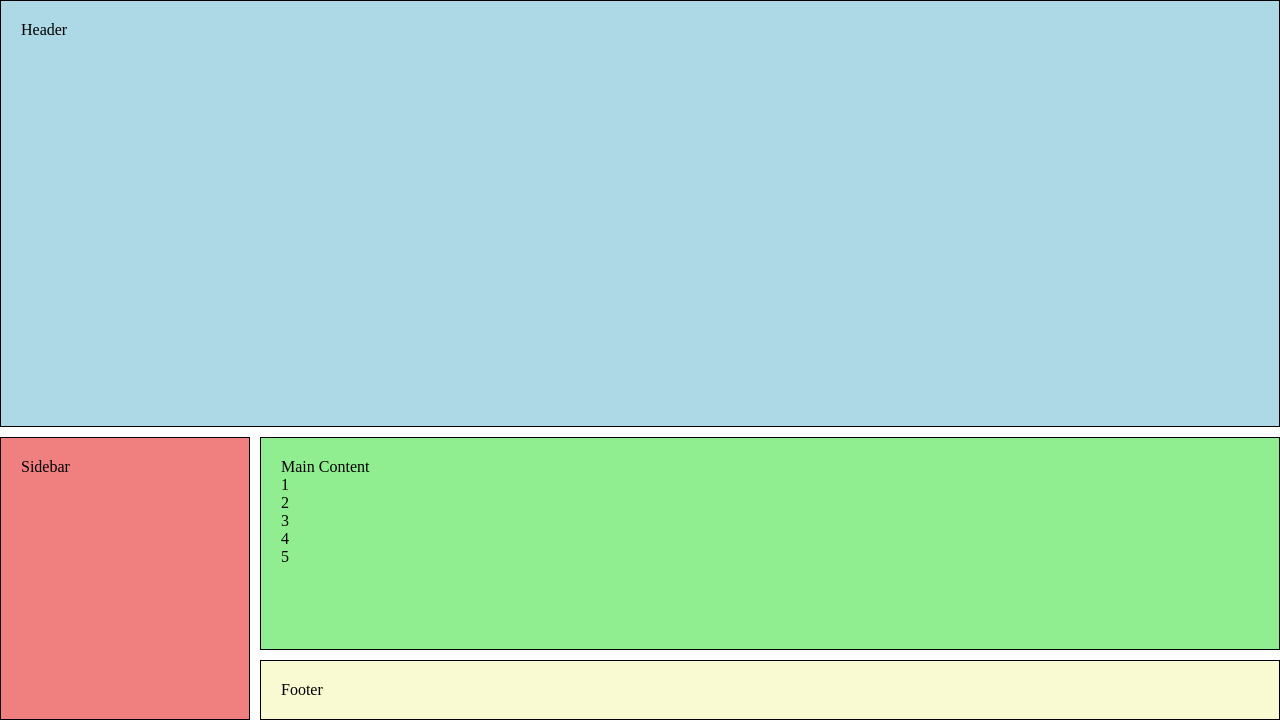
Repository: gustavotwist/desafio-grid
Page: assets/index.html
The author's editor kept a copy of each file at every save. The page is drawn from the files as they stood at one save, then again after the next save.
The browser window is 1280 px wide. The pictures show the whole page.

Above is the page before, as saved 2024-08-13 20:00:58.

### assets/index.html
<!DOCTYPE html>
<html lang="pt-BR">
<head>
    <meta charset="UTF-8">
    <meta name="viewport" content="width=device-width, initial-scale=1.0">
    <title>Desafio Grid</title>
    <link rel="stylesheet" href="css/style.css">
</head>
<body>
    <div class="container">
        <header>Header</header>
        <main class="content">Main Content
            <article>1</article>
            <article>2</article>
            <article>3</article>
            <article>4</article>
            <article>5</article>
        </main>
        <aside>Sidebar</aside>
        <footer>Footer</footer>
    </div>

</body>
</html>

### assets/css/style.css
html, body {
    height: 100%;
    margin: 0;
}

.container {
    display: grid;
    height: 100%;
    grid-template-columns: 250px 1fr 1fr 1fr;
    grid-template-rows: 2fr 1fr auto;
    grid-template-areas:
        "header header header header"
        "sidebar main main main"
        "sidebar footer footer footer";
    gap: 10px; /* Espaçamento entre os itens */
}

header {
    grid-area: header;
    background-color: lightblue;
}
aside {
    grid-area: sidebar;
    background-color: lightcoral;
}
main {
    grid-area: main;
    background-color: lightgreen;

}
footer {
    grid-area: footer;
    background-color: lightgoldenrodyellow;
}

/* Estilizações adicionais para melhor visualização */
header, aside, main, footer {
    padding: 20px;
    border: 1px solid #000;
}

After the next save:
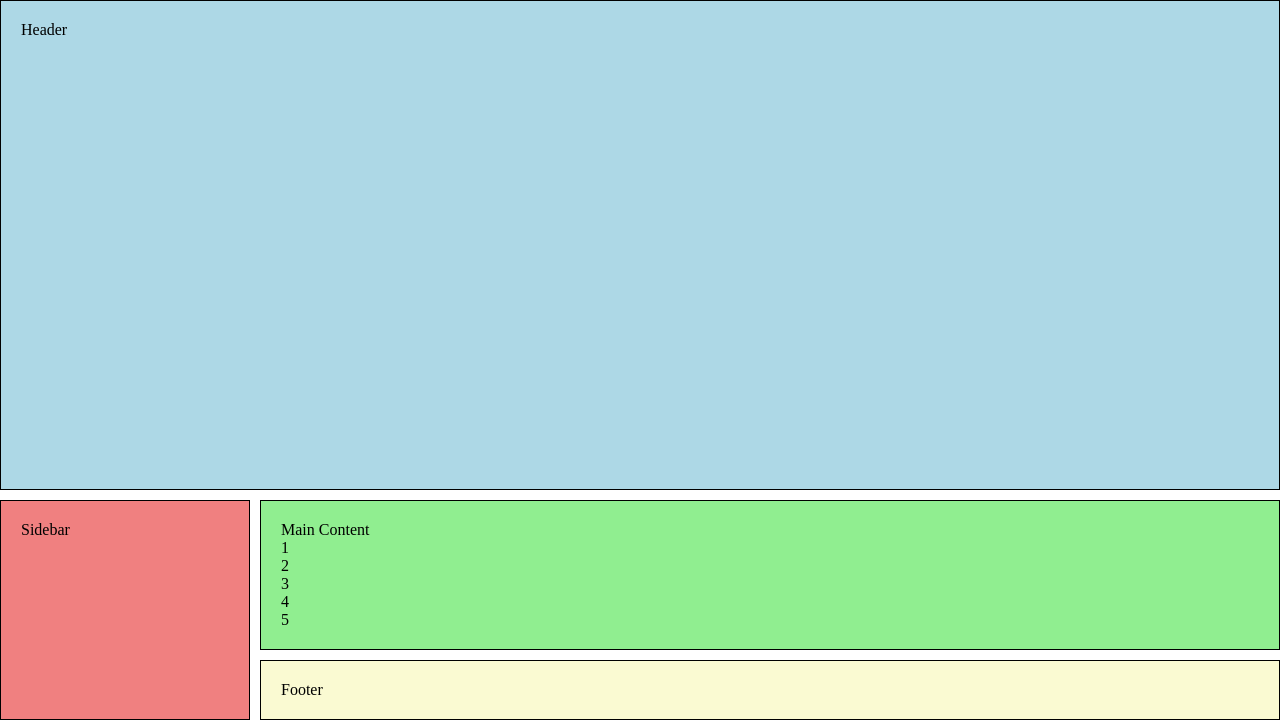
Saved 13 s later.
--- a/assets/css/style.css
+++ b/assets/css/style.css
@@ -7,7 +7,7 @@
     display: grid;
     height: 100%;
     grid-template-columns: 250px 1fr 1fr 1fr;
-    grid-template-rows: 2fr 1fr auto;
+    grid-template-rows:  1fr auto;
     grid-template-areas:
         "header header header header"
         "sidebar main main main"
